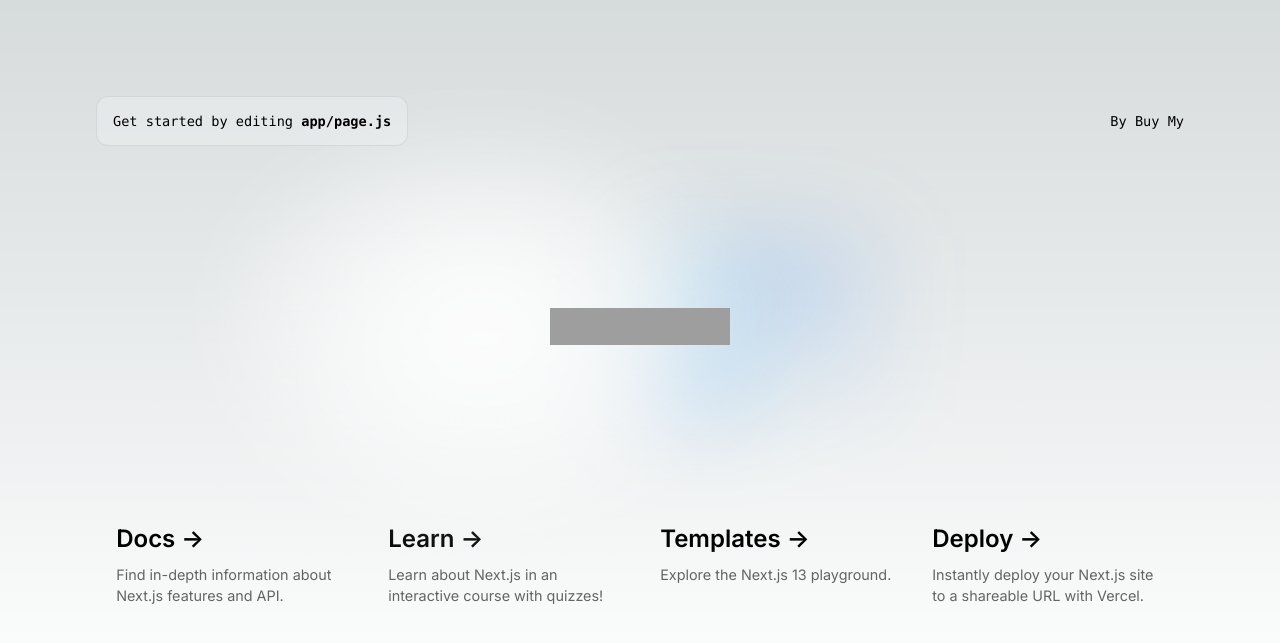
Repository: Seva2705/stripe-nextjs
Page: /
An editor plug-in stored every save of this project. The page is shown before and after a run of saves, followed by the edit.
The browser window is 1280 px wide. The pictures show the whole page.
Pictures or frames that could not be fetched are drawn as grey boxes. The project was rebuilt for these pictures with package versions that can differ from the ones it lists, and the page was loaded fresh each time. The framework's server and built-in components were replaced by stand-ins that run in the browser. Also part of the build but not shown: next.config.js.

Above is the page before, as saved 2023-10-31 22:43:23.

### app/page.js
import Image from 'next/image'
import styles from './page.module.css'

export default function Home() {
  return (
    <main className={styles.main}>
      <div className={styles.description}>
        <p>
          Get started by editing&nbsp;
          <code className={styles.code}>app/page.js</code>
        </p>
        <div>
          <a
            href="https://vercel.com?utm_source=create-next-app&utm_medium=appdir-template&utm_campaign=create-next-app"
            target="_blank"
            rel="noopener noreferrer"
          >
            By{' '}
           {/*  <Image
              src="/vercel.svg"
              alt="Vercel Logo"
              className={styles.vercelLogo}
              width={100}
              height={24}
              priority
            /> */}Buy My
          </a>
        </div>
      </div>

      <div className={styles.center}>
        <Image
          className={styles.logo}
          src="/next.svg"
          alt="Next.js Logo"
          width={180}
          height={37}
          priority
        />
      </div>

      <div className={styles.grid}>
        <a
          href="https://nextjs.org/docs?utm_source=create-next-app&utm_medium=appdir-template&utm_campaign=create-next-app"
          className={styles.card}
          target="_blank"
          rel="noopener noreferrer"
        >
          <h2>
            Docs <span>-&gt;</span>
          </h2>
          <p>Find in-depth information about Next.js features and API.</p>
        </a>

        <a
          href="https://nextjs.org/learn?utm_source=create-next-app&utm_medium=appdir-template&utm_campaign=create-next-app"
          className={styles.card}
          target="_blank"
          rel="noopener noreferrer"
        >
          <h2>
            Learn <span>-&gt;</span>
          </h2>
          <p>Learn about Next.js in an interactive course with&nbsp;quizzes!</p>
        </a>

        <a
          href="https://vercel.com/templates?framework=next.js&utm_source=create-next-app&utm_medium=appdir-template&utm_campaign=create-next-app"
          className={styles.card}
          target="_blank"
          rel="noopener noreferrer"
        >
          <h2>
            Templates <span>-&gt;</span>
          </h2>
          <p>Explore the Next.js 13 playground.</p>
        </a>

        <a
          href="https://vercel.com/new?utm_source=create-next-app&utm_medium=appdir-template&utm_campaign=create-next-app"
          className={styles.card}
          target="_blank"
          rel="noopener noreferrer"
        >
          <h2>
            Deploy <span>-&gt;</span>
          </h2>
          <p>
            Instantly deploy your Next.js site to a shareable URL with Vercel.
          </p>
        </a>
      </div>
    </main>
  )
}

Loaded but not shown: app/layout.js (common file); app/globals.css (common file); app/page.module.css (common file)

After the next 2 saves:
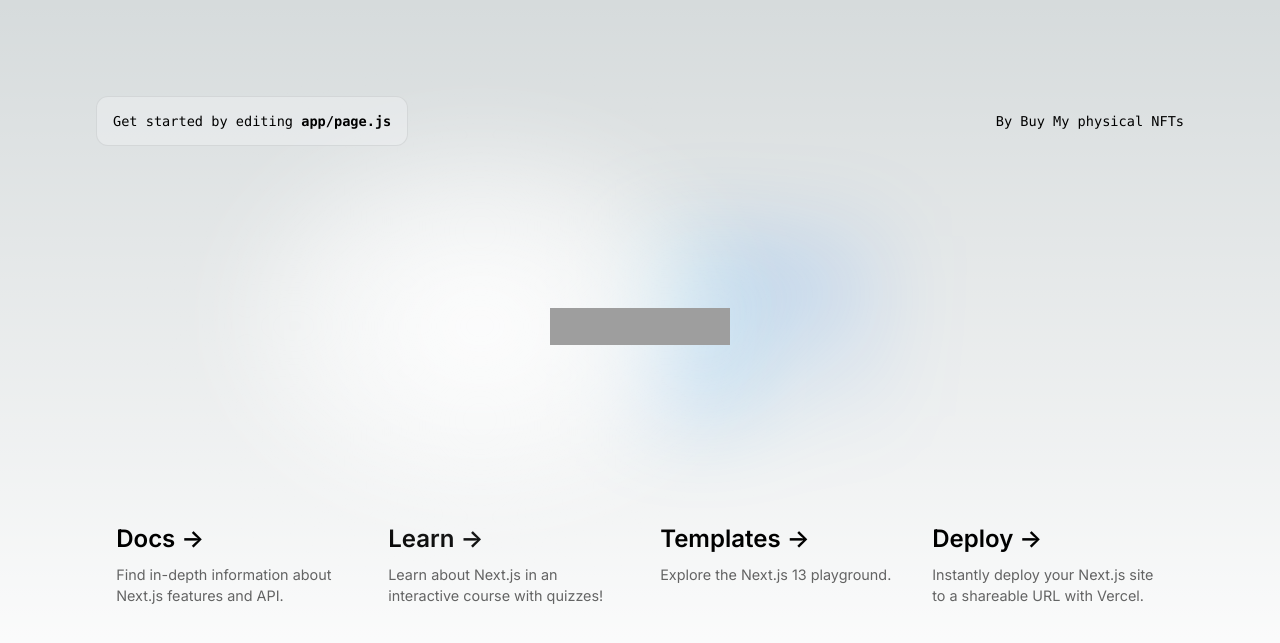
The 2 saves are shown as one change because they came seconds apart.
The last was saved 12 s later.
--- a/app/page.js
+++ b/app/page.js
@@ -23,7 +23,7 @@ export default function Home() {
               width={100}
               height={24}
               priority
-            /> */}Buy My
+            /> */}Buy My physical NFTs
           </a>
         </div>
       </div>
